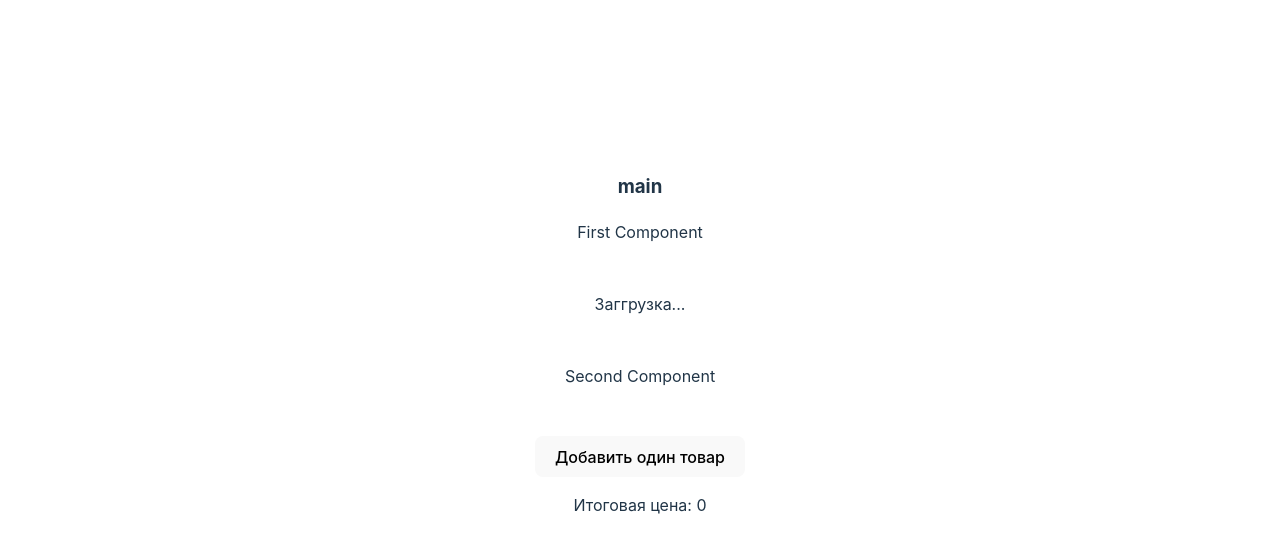
Repository: iveivs/ninim
Page: / (app in top-mistakes/)
An editor plug-in stored every save of this project. The page is shown before and after the next save, followed by the edit.
The browser window is 1280 px wide. The pictures show the whole page.
The page's requests for data from a server got no answer. The project was rebuilt for these pictures with package versions that can differ from the ones it lists, and the page was loaded fresh each time. No one was signed in, and anything a server would have sent is missing. Also part of the build but not shown: top-mistakes/vite.config.js.

Above is the page before, as saved 2024-02-03 18:56:14.

After the next save:
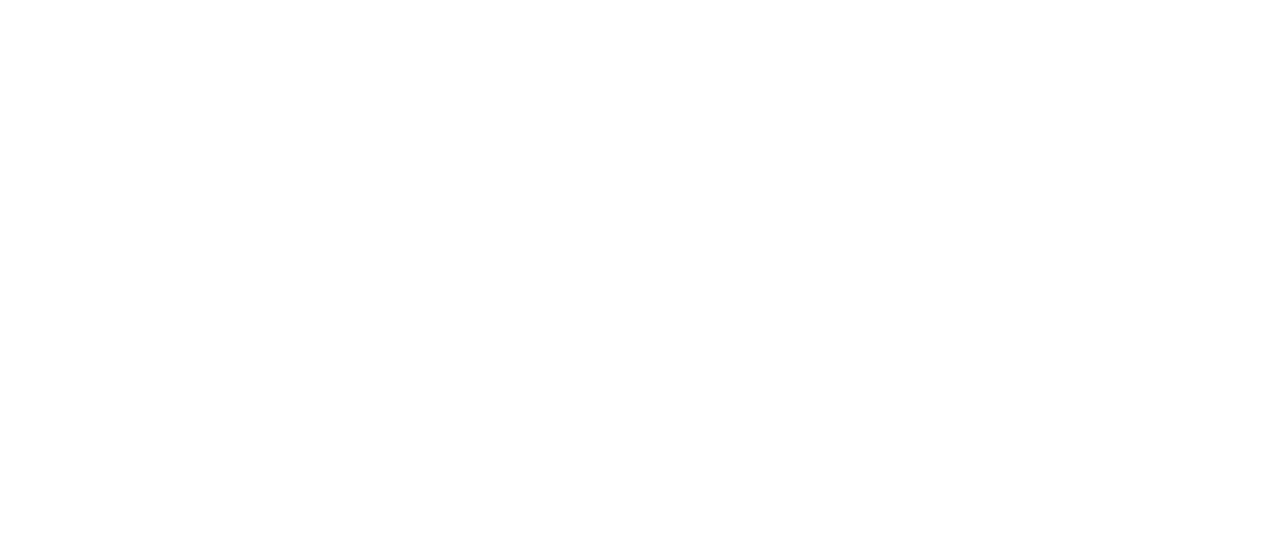
Console error: ReferenceError: totalPrice is not defined
Saved 12 s later.
--- a/top-mistakes/src/components/Second.jsx
+++ b/top-mistakes/src/components/Second.jsx
@@ -4,7 +4,8 @@
 
 export default function Second() {
     const [quantity, setQuantity] = useState(1)
-    const [totalPrice, setTotalprice] = useState(0)
+    // const [totalPrice, setTotalprice] = useState(0)
+
 
     const hendleClick = () => {
         setQuantity(quantity + 1)

After the 6 saves that followed:
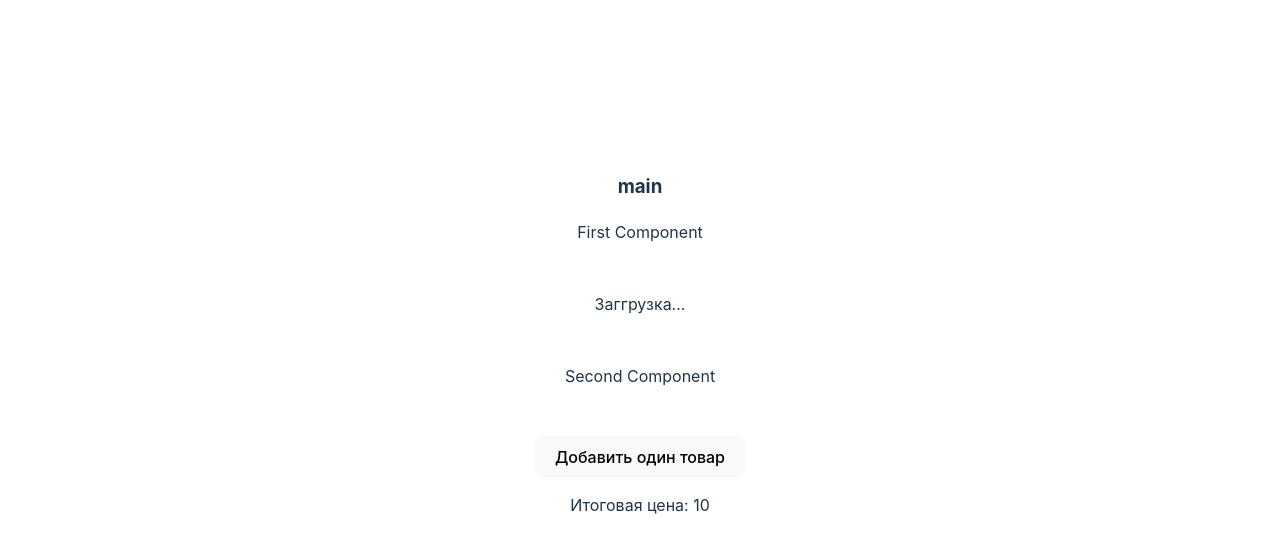
The error is gone.
The 6 saves are shown as one change because 1 did not build or start and some came seconds apart.
The last was saved 18 s later.
--- a/top-mistakes/src/components/Second.jsx
+++ b/top-mistakes/src/components/Second.jsx
@@ -5,7 +5,7 @@
 export default function Second() {
     const [quantity, setQuantity] = useState(1)
     // const [totalPrice, setTotalprice] = useState(0)
-
+    const totalPrice = quantity * PRICE_ITEM
 
     const hendleClick = () => {
         setQuantity(quantity + 1)
